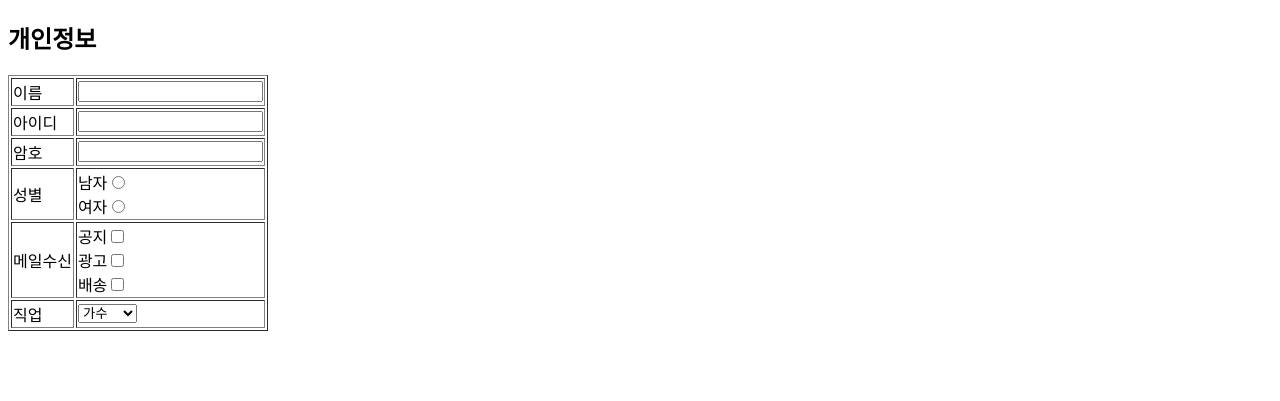
Repository: SongHyeSun/JSP
Page: jspSrc17/och02/src/main/webapp/personal.html
These files come from the project's save history. The page is drawn as it stood at one moment and after the next save; the edit follows.
The browser window is 1280 px wide. The pictures show the whole page.

Above is the page before, as saved 2024-07-10 01:17:27.

After the next save:
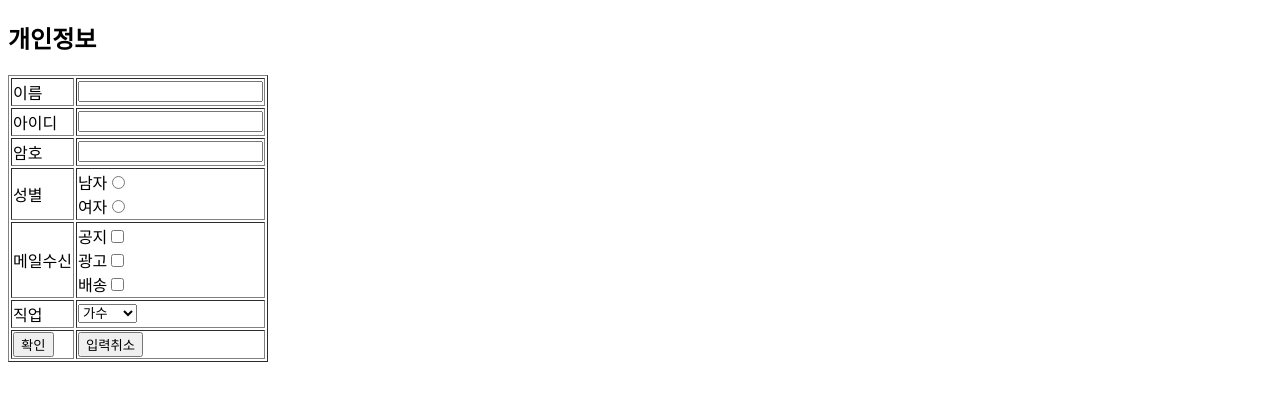
Saved 51 s later.
--- a/jspSrc17/och02/src/main/webapp/personal.html
+++ b/jspSrc17/och02/src/main/webapp/personal.html
@@ -46,6 +46,10 @@
 					</select>
 				</td>
 			</tr>
+			<tr>
+				<td><input type="submit" value="확인"></td>
+				<td><input type="submit" value="입력취소"></td>
+			</tr>
 		</table>
 	</form>
 </body>
